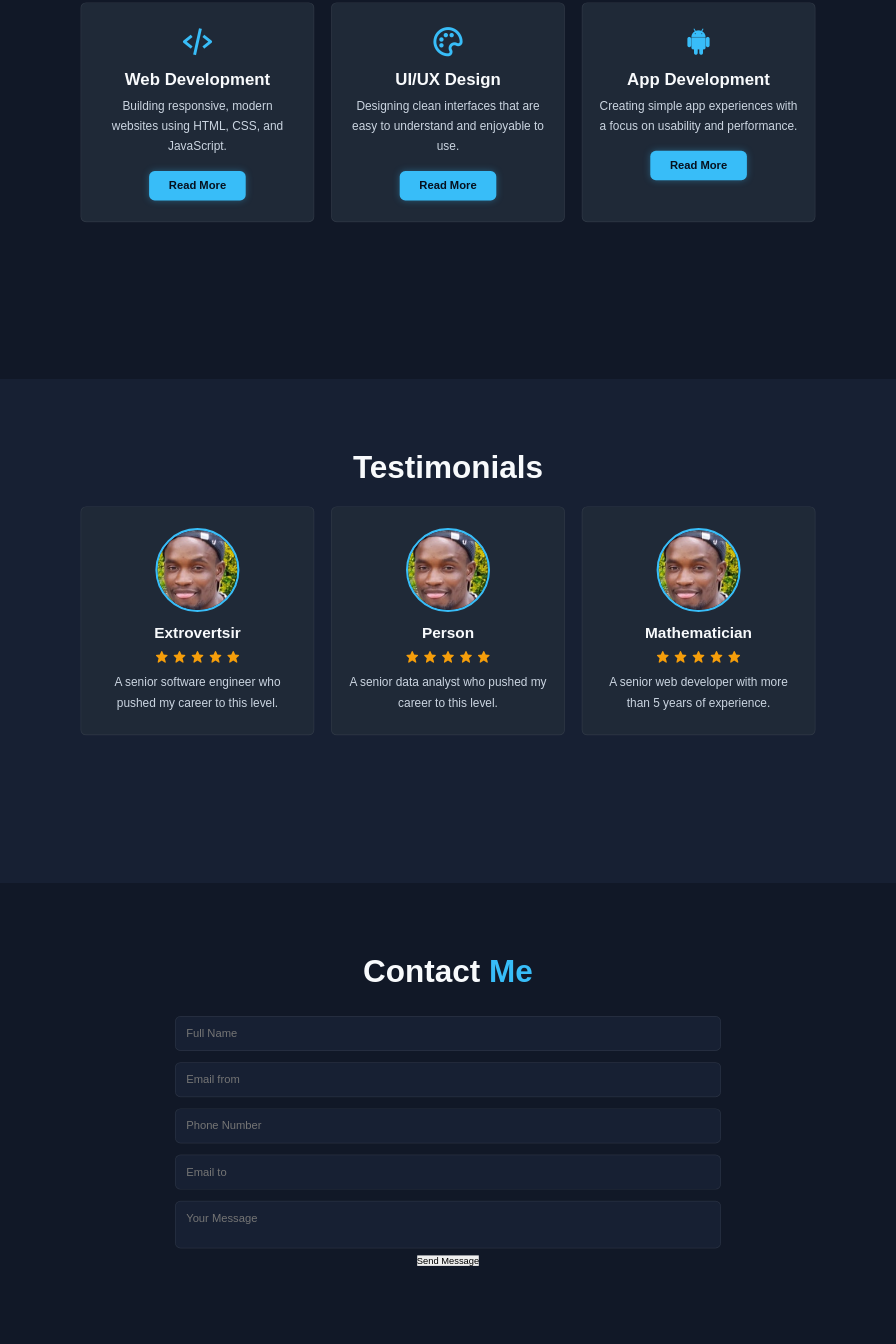
Repository: sitholelicane/myportfolio
Page: myweb.html
An editor plug-in stored every save of this project. The page is shown before and after the next save, followed by the edit.
The browser window is 1280 px wide. The pictures show the part of the page from y = 1619 to 3539 px (the page is 3738 px tall), at 70% of full size.
Some web libraries are served in a nearby version.

Above is the page before, as saved 2026-05-16 23:46:44.

After the next save:
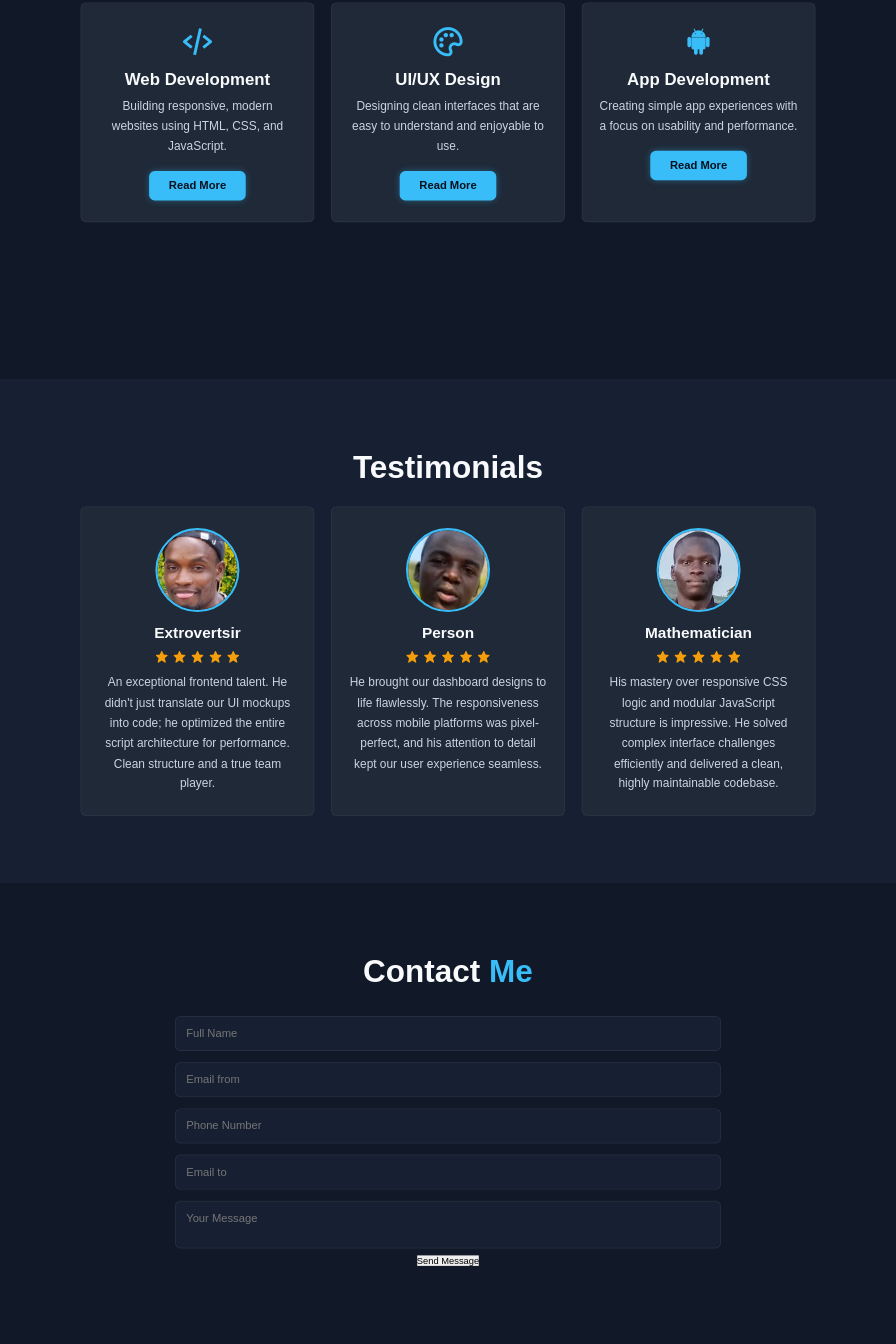
Saved 12 min 6 s later.
--- a/myweb.html
+++ b/myweb.html
@@ -182,11 +182,11 @@ function toggleServiceDetails() {
                         <i class="bx bxs-star"></i>
                         <i class="bx bxs-star"></i>
                     </div>
-                    <p>A senior software engineer who pushed my career to this level.</p>
+                    <p>An exceptional frontend talent. He didn't just translate our UI mockups into code; he optimized the entire script architecture for performance. Clean structure and a true team player.</p>
                 </div>
 
                 <div class="testimonial-item">
-                    <img src="extro.jpg" alt="Person" onerror="this.style.display='none'">
+                    <img src="person.jpeg" alt="Person" onerror="this.style.display='none'">
                     <h2>Person</h2>
                     <div class="rating" aria-label="5 star rating">
                         <i class="bx bxs-star"></i>
@@ -195,11 +195,11 @@ function toggleServiceDetails() {
                         <i class="bx bxs-star"></i>
                         <i class="bx bxs-star"></i>
                     </div>
-                    <p>A senior data analyst who pushed my career to this level.</p>
+                    <p>He brought our dashboard designs to life flawlessly. The responsiveness across mobile platforms was pixel-perfect, and his attention to detail kept our user experience seamless.</p>
                 </div>
 
                 <div class="testimonial-item">
-                    <img src="extro.jpg" alt="Mathematician" onerror="this.style.display='none'">
+                    <img src="jack.jpeg" alt="Mathematician" onerror="this.style.display='none'">
                     <h2>Mathematician</h2>
                     <div class="rating" aria-label="5 star rating">
                         <i class="bx bxs-star"></i>
@@ -208,7 +208,7 @@ function toggleServiceDetails() {
                         <i class="bx bxs-star"></i>
                         <i class="bx bxs-star"></i>
                     </div>
-                    <p>A senior web developer with more than 5 years of experience.</p>
+                    <p>His mastery over responsive CSS logic and modular JavaScript structure is impressive. He solved complex interface challenges efficiently and delivered a clean, highly maintainable codebase.</p>
                 </div>
             </div>
         </div>
